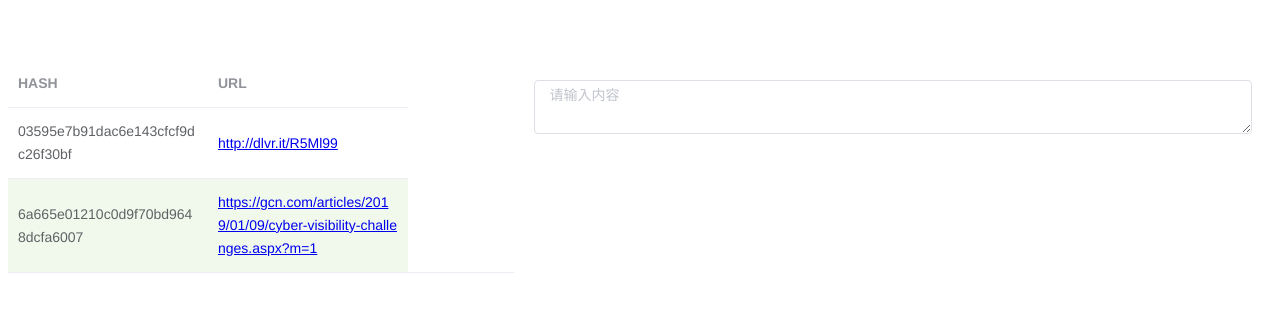
Repository: NicoleGX/TI
Page: /
These files come from the project's save history. The page is drawn as it stood at one moment and after the next save; the edit follows.
The browser window is 1280 px wide. The pictures show the whole page.
The project was rebuilt for these pictures with package versions that can differ from the ones it lists, and the page was loaded fresh each time.

Above is the page before, as saved 2019-05-28 19:47:33.

After the next save:
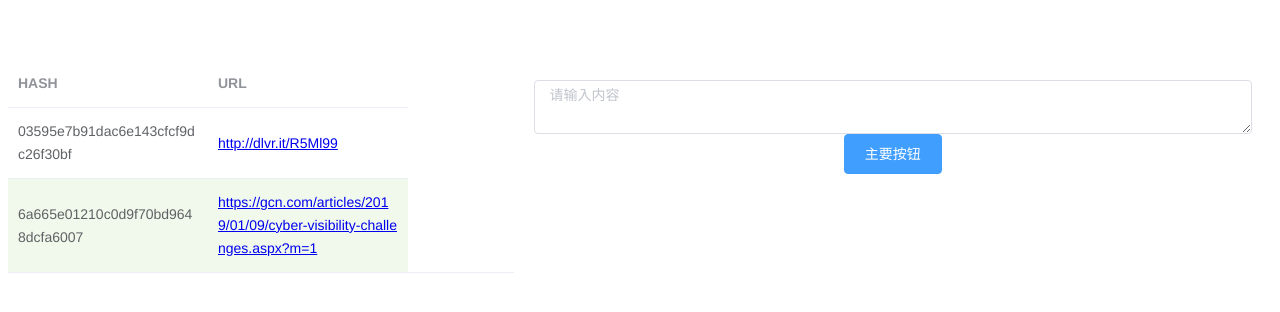
Saved 5 min 14 s later.
--- a/src/views/TextClassification.vue
+++ b/src/views/TextClassification.vue
@@ -29,6 +29,7 @@
         placeholder="请输入内容"
         v-model="textarea2">
       </el-input>
+      <el-button type="primary">主要按钮</el-button>
     </el-main>
   </el-container>
 </template>
